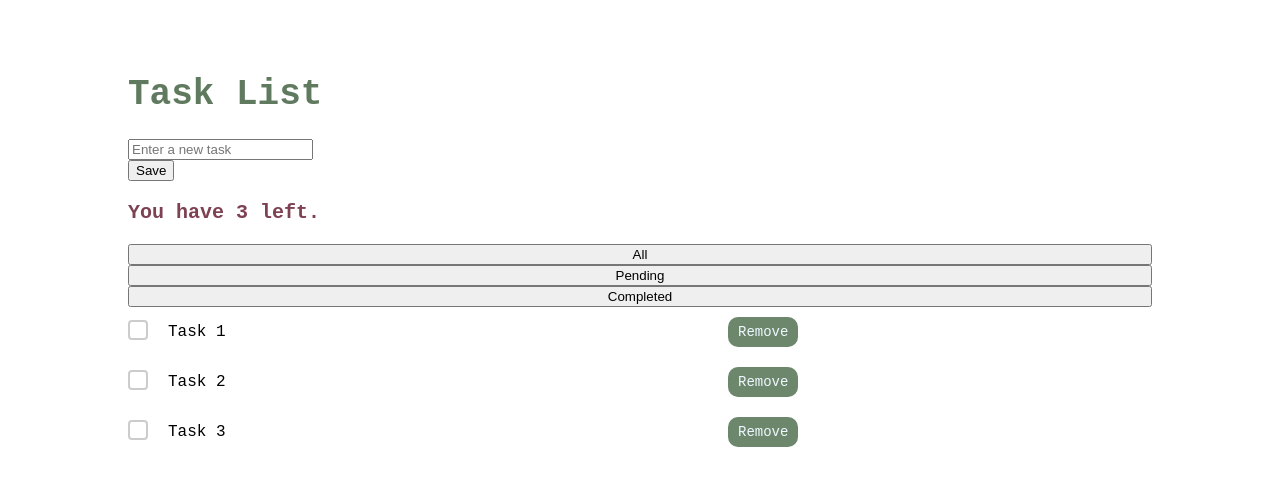
Repository: SandyLy453/task-list
Page: /
These files come from the project's save history. The page is drawn as it stood at one moment and after the next save; the edit follows.
The browser window is 1280 px wide. The pictures show the whole page.
The project was rebuilt for these pictures with package versions that can differ from the ones it lists, and the page was loaded fresh each time. Also part of the build but not shown: vite.config.js.

Above is the page before, as saved 2024-10-25 18:23:14.

### src/App.jsx
import { useState } from 'react';
import Task from './components/Task';
import TaskForm from './components/TaskForm';

function App() {
  const [tasks, setTasks] = useState([
    { name: 'Task 1', checked: false },
    { name: 'Task 2', checked: false },
    { name: 'Task 3', checked: false }
  ]);
  const [filter, setFilter] = useState('all');

  // Function to calculate the number of unchecked tasks
  const getUncheckedCount = () => {
    return tasks.filter((task) => !task.checked).length;
  };

  // Function to add a new task
  const addTask = (taskName) => {
    setTasks([...tasks, { name: taskName, checked: false }]); // New tasks are unchecked by default
  };

  // Function to remove a task
  const removeTask = (taskName) => {
    setTasks(tasks.filter((task) => task.name !== taskName));
  };

  // Function to toggle the task status
  const toggleTaskStatus = (taskName) => {
    const updatedTasks = tasks.map((task) =>
      task.name === taskName ? { ...task, checked: !task.checked } : task
    );
    setTasks(updatedTasks); // Update the task's checked status in the parent state
  };

  const filteredTasks = tasks.filter((task) => {
    if (filter === 'completed') return task.checked;
    if (filter === 'pending') return !task.checked;
    return true; // 'all' filter
  });

  return (
    <>
      <div className="container">
        <h1 className="title">Task List</h1>
        <TaskForm addTask={addTask} />
        <p className="note">You have {getUncheckedCount()} left.</p>
        <div className="filter">
          <button
            onClick={() => setFilter('all')}
            className="filter-btn"
          >
            All
          </button>
          <button
            onClick={() => setFilter('pending')}
            className="filter-btn"
          >
            Pending
          </button>
          <button
            onClick={() => setFilter('completed')}
            className="filter-btn"
          >
            Completed
          </button>
        </div>
        <div>
          {filteredTasks.map((task) => (
            <Task
              key={task.name}
              name={task.name}
              checked={task.checked}
              toggleTaskStatus={toggleTaskStatus}
              removeTask={removeTask}
            />
          ))}
        </div>
      </div>
    </>
  );
}

export default App;

### src/index.css
.container {
  padding: 20px;
  margin: 30px 100px;
}

.title {
  font-family: monospace;
  font-size: 36px;
  color: rgb(95, 122, 95);
  font-weight: 900;
}

.note {
  font-family: monospace;
  font-size: 20px;
  color: rgb(126, 65, 84);
  font-weight: 600;
}

.inputBox {
  padding: 10px 0 10px 0;
}

.input {
  height: 20px;
  width: 400px;
  padding: 10px;
  font-size: 16px;
  font-family: monospace;
  margin: 20px 20px 20px 0;
  border-radius: 10px;
  border: 1px solid gray;
}

.filter {
  display: flex;
  flex-direction: column;
}

.sm-btn{
  height: 40px;
  padding: 10px;
  font-size: 16px;
  font-family: monospace;
  background-color: rgb(108, 135, 108);
  color: aliceblue;
  border: none;
  border-radius: 10px;
}

.sm-btn:hover {
  background-color: rgb(84, 103, 84);
}

.task {
  display: flex;
  flex-direction: row;
  align-items: center;
  gap: 20px;
}

.checkBox {
  width: 20px;
  height: 20px;
  appearance: none;
  background-color: white;
  border: 2px solid #ccc;
  border-radius: 4px;
  cursor: pointer;
  position: relative;
  margin: 6px 0;
}

.checkBox:checked {
  background-color: rgb(108, 135, 108);
}

.checkBox:checked::after {
  content: "";
  display: block;
  width: 4px;
  height: 10px;
  border: solid white;
  border-width: 0 2px 2px 0;
  transform: rotate(45deg);
  position: absolute;
  top: 0px;
  left: 5px;
}

.content {
  width: 540px;
  display: flex;
  word-wrap: normal;
  font-family: monospace;
  font-size: 16px;
}

.task-delete {
  height: 30px;
  padding: 10px;
  align-items: center;
  align-self: center;
  display: flex;
  justify-content: center;
  font-size: 14px;
  font-family: monospace;
  background-color: rgb(108, 135, 108);
  color: aliceblue;
  border: none;
  border-radius: 10px;
}

.task-delete:hover {
  background-color: rgb(84, 103, 84);
}

### src/components/Task.jsx
import { useEffect } from "react";

export default function Task({ name, checked, removeTask, toggleTaskStatus }) {
  useEffect(() => {}, [checked]);

  return (
    <>
      <div className="task">
        <label>
          <input
            type="checkbox"
            className="checkBox"
            checked={checked}
            disabled={checked} // Disable if task is completed
            onChange={() => toggleTaskStatus(name)}
          />
        </label>
        <p
          className="content"
          style={{ textDecoration: checked ? "line-through" : "none" }}
        >
          {name}
        </p>
        <button className="task-delete" onClick={() => removeTask(name)}>
          Remove
        </button>
      </div>
    </>
  );
}

### src/components/TaskForm.jsx
import { useState } from "react";

// const taskTemplate = {
//     name: 'new task'
// };

export default function TaskForm({addTask}) {
    const [taskName, setTaskName] = useState('');

    // form submission
    const handleSubmit = (e) => {
        e.preventDefault(); // the form submission will be handled by JavaScript instead of triggering a page refresh
        if (taskName.trim()) { // checks if the taskName (the text the user entered) is not an empty string after trimming whitespace
            addTask( taskName );
            setTaskName(''); // clear the input field
        }
    }

    return (
        <>
            <form onSubmit={handleSubmit}>
                <div className="formContainer">
                    <input
                        id="task-name"
                        type="text"
                        value={taskName}
                        onChange={(e) => setTaskName(e.target.value)}
                        placeholder="Enter a new task"
                    />
                    <div className="btn-group">
                        <button type="submit" className="btn-save">Save</button>
                    </div>
                </div>
            </form>
        </>
    )
}

Loaded but not shown: index.html (common file); src/main.jsx (common file)

After the next save:
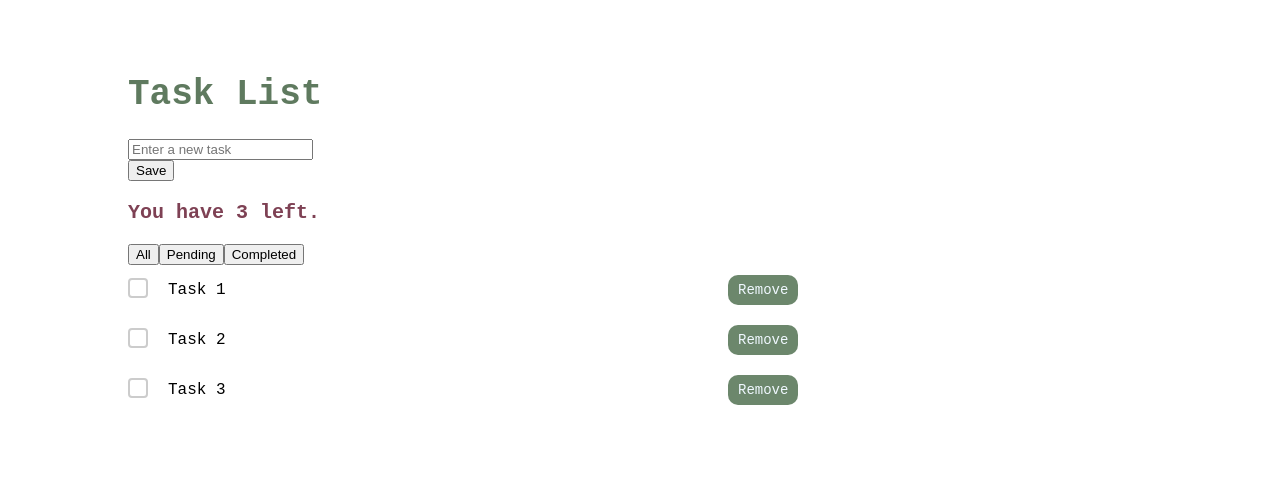
Saved 12 s later.
--- a/src/index.css
+++ b/src/index.css
@@ -34,7 +34,7 @@
 
 .filter {
   display: flex;
-  flex-direction: column;
+  flex-direction: row;
 }
 
 .sm-btn{
